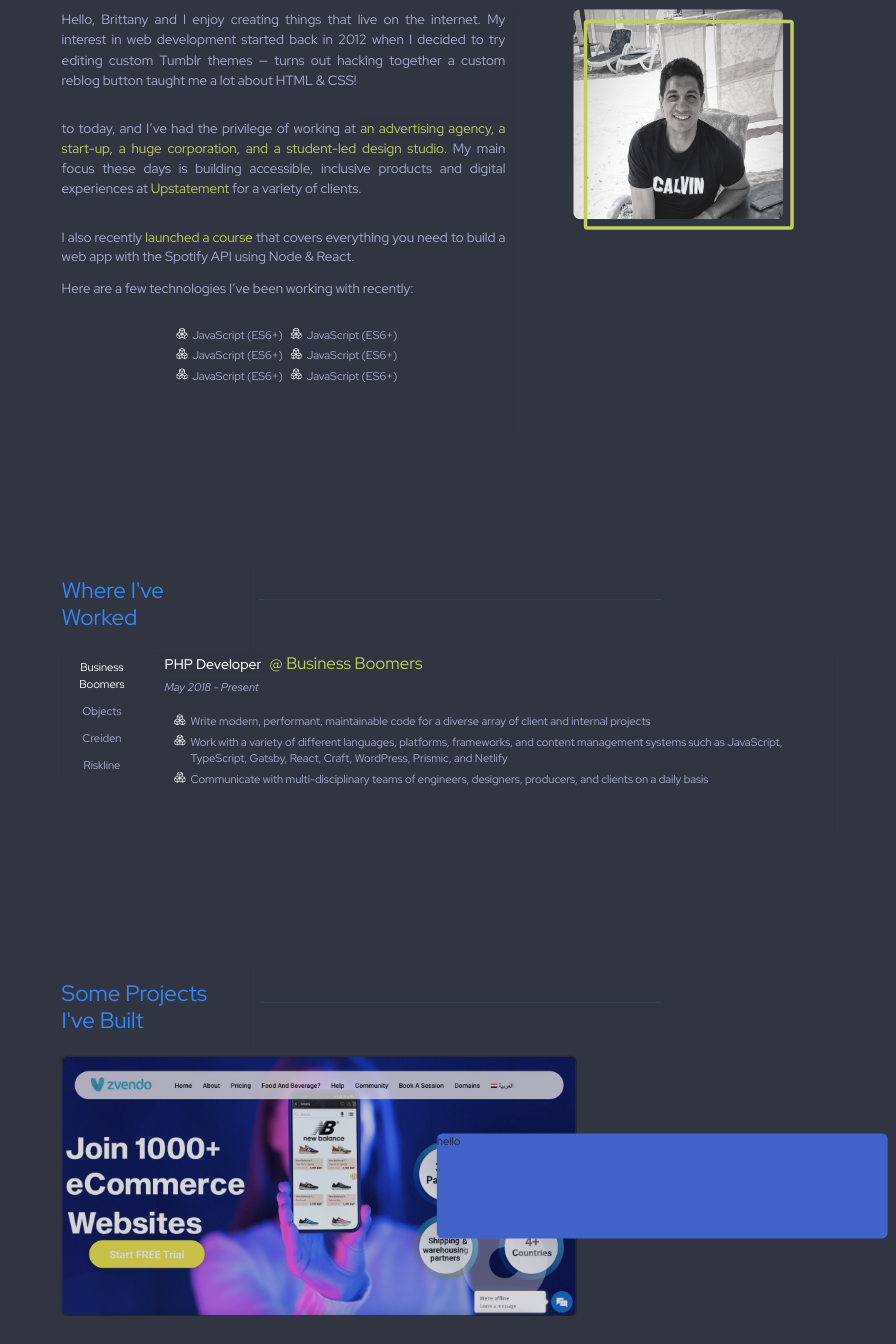
Repository: aya7abbal/Talaat-s-Portfolio
Page: index.html
The author's editor kept a copy of each file at every save. The page is drawn from the files as they stood at one save, then again after the next save.
The browser window is 1280 px wide. The pictures show the part of the page from y = 943 to 2863 px (the page is 2863 px tall), at 70% of full size.
Some web libraries are served in a nearby version. The style sheet was rebuilt from its Sass, Less or Tailwind sources for each picture, by a compiler version that may differ from the author's.

Above is the page before, as saved 2022-02-07 19:14:56.

### index.html
<!DOCTYPE html>
<html lang="en">
  <head>
    <!-- Required meta tags -->
    <meta charset="utf-8" />
    <meta name="viewport" content="width=device-width, initial-scale=1" />

    <!-- Bootstrap CSS -->
    <link
      href="https://cdn.jsdelivr.net/npm/bootstrap@5.0.2/dist/css/bootstrap.min.css"
      rel="stylesheet"
      integrity="sha384-EVSTQN3/azprG1Anm3QDgpJLIm9Nao0Yz1ztcQTwFspd3yD65VohhpuuCOmLASjC"
      crossorigin="anonymous"
    />

    <!-- Favicon -->
    <link
      rel="shortcut icon"
      type="image/x-icon"
      href="./images/favicon/favicon.ico"
    />

    <!-- Font Awesome -->
    <script
      src="https://kit.fontawesome.com/fd7fa2f891.js"
      crossorigin="anonymous"
    ></script>

    <!-- Bootstrap Icons -->
    <link
      rel="stylesheet"
      href="https://cdn.jsdelivr.net/npm/bootstrap-icons@1.8.0/font/bootstrap-icons.css"
    />

    <!-- Main Stylesheet -->
    <link rel="stylesheet" href="./styles/styles.css" />

    <title>Ahmed's Portfolio</title>
  </head>
  <body>
    <!-- Navbar -->
    <nav class="navbar navbar-expand-md navbar-dark py-3">
      <div class="container-fluid d-flex justify-content-between">
        <div class="navbar-logo">
          <a class="navbar-brand navbar-border navbar-content__hidden" href="#"
            >AT</a
          >
        </div>

        <!-- Offcanvas  Hidden MENU -->
        <div class="offcanvas-menu">
          <button
            class="btn navbar-content__hidden rotating-icon"
            type="button"
            data-bs-toggle="offcanvas"
            data-bs-target="#offcanvasRight"
            aria-controls="offcanvasRight"
          >
            <i class="bi bi-x-diamond fs-2 text-white"></i>
          </button>
          <div
            class="offcanvas offcanvas-end"
            tabindex="-1"
            id="offcanvasRight"
            aria-labelledby="offcanvasRightLabel"
          >
            <div class="offcanvas-header">
              <h5 id="offcanvasRightLabel"></h5>
              <button
                type="button"
                class="btn text-reset"
                data-bs-dismiss="offcanvas"
                aria-label="Close"
              >
                <i class="bi bi-x-diamond fs-2 text-white rotated-icon"></i>
              </button>
            </div>
            <div class="offcanvas-body">
              <ul class="navbar-nav text-center">
                <li class="nav-item">
                  <a class="nav-link active" aria-current="page" href="#"
                    >About</a
                  >
                </li>
                <li class="nav-item">
                  <a class="nav-link" href="#">Experience</a>
                </li>
                <li class="nav-item">
                  <a class="nav-link" href="#">Work</a>
                </li>
                <li class="nav-item">
                  <a class="nav-link" href="#">Contact</a>
                </li>
                <li>
                  <a
                    class="btn btn-green my-4"
                    href="./Ahmed Talaat.pdf"
                    download
                  >
                    Resume</a
                  >
                </li>
              </ul>
            </div>
          </div>
        </div>

        <!-- NAVBAR Collapsable -->
        <div
          class="collapse navbar-collapse justify-content-between align-items-baseline"
          id="navbarNav"
        >
          <a class="navbar-brand navbar-border" href="#">AT</a>

          <ul class="navbar-nav">
            <li class="nav-item">
              <a class="nav-link active" aria-current="page" href="#">About</a>
            </li>
            <li class="nav-item">
              <a class="nav-link" href="#">Experience</a>
            </li>
            <li class="nav-item">
              <a class="nav-link" href="#">Work</a>
            </li>
            <li class="nav-item">
              <a class="nav-link" href="#">Contact</a>
            </li>
          </ul>

          <a
            class="btn btn-green"
            href="./Ahmed Talaat.pdf"
            download
          >Resume</a >
        </div>
      </div>
    </nav>
    <div class="body-wrapper">
      <!-- Introduction -->
      <div class="intro px-5">
        <h6>Hi, my name is</h6>

        <br />

        <h2>Ahmed Talaat.</h2>
        <h3 class="pb-2">I'm a Back-end Developer.</h3>

        <br />

        <p>
          I’m a software engineer specializing in building (and occasionally
          designing) exceptional digital experiences. Currently, I’m focused on
          building accessible, human-centered products at
          <a href="#">Riskline.</a>
        </p>

        <br />

        <a class=" btn btn-green btn-lg" href="https://calendly.com/atalaat-92/short-discussion?month=2022-02" target="_blank"> Book a Meeting</a>
      </div>

      <!-- About -->

      <div class="about px-5 row">
        <div class="section-header row">
          <div class="col-md-4 col-lg-3 col-5">
            <h4 class="py-4">About Me</h4>
          </div>
          <div class="col-md-8 col-lg-9 col-7">
            <hr />
          </div>
        </div>

        <!-- About Paragraph -->
        <div class="col-12 col-lg-7">
          <p>
            Hello, Brittany and I enjoy creating things that live on the
            internet. My interest in web development started back in 2012 when I
            decided to try editing custom Tumblr themes — turns out hacking
            together a custom reblog button taught me a lot about HTML & CSS!
          </p>
          <br />

          <p>
            to today, and I’ve had the privilege of working at
            <a href=""
              >an advertising agency, a start-up, a huge corporation, and a
              student-led design studio.</a
            >
            My main focus these days is building accessible, inclusive products
            and digital experiences at <a href="">Upstatement</a> for a variety
            of clients.
          </p>

          <br />
          <p>
            I also recently <a href="">launched a course</a> that covers
            everything you need to build a web app with the Spotify API using
            Node & React.
          </p>

          <p>Here are a few technologies I’ve been working with recently:</p>

          <div class="iconed-list d-flex justify-content-center">
            <ul class="row">
              <div class="col-6">
                <li>JavaScript (ES6+)</li>
                <li>JavaScript (ES6+)</li>
                <li>JavaScript (ES6+)</li>
              </div>

              <div class="col-6">
                <li>JavaScript (ES6+)</li>
                <li>JavaScript (ES6+)</li>
                <li>JavaScript (ES6+)</li>
              </div>
            </ul>
          </div>
        </div>

        <div class="col-12 col-lg-5 d-flex justify-content-center pb-5">
          <!-- About Image -->
          <div class="about-img">
           <div> <img
            src="./images/B903239F-D317-4387-9DFC-7195C9C90247_1_105_c.jpeg"
            alt=""
            width="300px"
            height="300px"
          /></div>
            <div class="about-img__border"></div>
          </div>
        </div>
      </div>

      <!-- Work -->

      <div class="work px-5">
        <div class="section-header row">
          <div class="col-md-4 col-lg-3 col-7">
            <h4 class="py-4">Where I've Worked</h4>
          </div>
          <div class="col-md-8 col-lg-9 col-5">
            <hr />
          </div>
        </div>
        <div>
          <!-- Nav tabs -->
          <div class="d-flex flex-md-row flex-column align-items-start">
            <div
              class="nav flex-md-column nav-pills me-3 mb-4 pe-md-3 nav-tabs"
              id="v-pills-tab"
              role="tablist"
              aria-orientation="vertical"
            >
              <button
                class="nav-link active"
                id="v-pills-home-tab"
                data-bs-toggle="pill"
                data-bs-target="#v-pills-home"
                type="button"
                role="tab"
                aria-controls="v-pills-home"
                aria-selected="true"
              >
                Business Boomers
              </button>
              <button
                class="nav-link"
                id="v-pills-profile-tab"
                data-bs-toggle="pill"
                data-bs-target="#v-pills-profile"
                type="button"
                role="tab"
                aria-controls="v-pills-profile"
                aria-selected="false"
              >
                Objects
              </button>
              <button
                class="nav-link"
                id="v-pills-messages-tab"
                data-bs-toggle="pill"
                data-bs-target="#v-pills-messages"
                type="button"
                role="tab"
                aria-controls="v-pills-messages"
                aria-selected="false"
              >
                Creiden
              </button>
              <button
                class="nav-link"
                id="v-pills-settings-tab"
                data-bs-toggle="pill"
                data-bs-target="#v-pills-settings"
                type="button"
                role="tab"
                aria-controls="v-pills-settings"
                aria-selected="false"
              >
                Riskline
              </button>
            </div>
            <div class="tab-content" id="v-pills-tabContent">
              <div
                class="tab-pane fade show active"
                id="v-pills-home"
                role="tabpanel"
                aria-labelledby="v-pills-home-tab"
              >
                <div class="work-title">
                  <h5 class="pe-2">PHP Developer</h5>
                  <h6>@ Business Boomers</h6>
                </div>
                <div class="work-date">
                  <i>May 2018 - Present </i>

                  <ul class="iconed-list">
                    <li>
                      Write modern, performant, maintainable code for a diverse
                      array of client and internal projects
                    </li>
                    <li>
                      Work with a variety of different languages, platforms,
                      frameworks, and content management systems such as
                      JavaScript, TypeScript, Gatsby, React, Craft, WordPress,
                      Prismic, and Netlify
                    </li>
                    <li>
                      Communicate with multi-disciplinary teams of engineers,
                      designers, producers, and clients on a daily basis
                    </li>
                  </ul>
                </div>
              </div>

              <div
                class="tab-pane fade"
                id="v-pills-profile"
                role="tabpanel"
                aria-labelledby="v-pills-profile-tab"
              >
                <div class="work-title">
                  <h5 class="pe-2">Back-end Developer</h5>
                  <h6>@ Objects</h6>
                </div>
                <div class="work-date">
                  <i>May 2018 - Present </i>

                  <ul class="iconed-list">
                    <li>
                      Write modern, performant, maintainable code for a diverse
                      array of client and internal projects
                    </li>
                    <li>
                      Work with a variety of different languages, platforms,
                      frameworks, and content management systems such as
                      JavaScript, TypeScript, Gatsby, React, Craft, WordPress,
                      Prismic, and Netlify
                    </li>
                    <li>
                      Communicate with multi-disciplinary teams of engineers,
                      designers, producers, and clients on a daily basis
                    </li>
                  </ul>
                </div>
              </div>

              <div
                class="tab-pane fade"
                id="v-pills-messages"
                role="tabpanel"
                aria-labelledby="v-pills-messages-tab"
              >
                <div class="work-title">
                  <h5 class="pe-2">Back-end Developer</h5>
                  <h6>@ Creiden</h6>
                </div>
                <div class="work-date">
                  <i>May 2018 - Present </i>

                  <ul class="iconed-list">
                    <li>
                      Write modern, performant, maintainable code for a diverse
                      array of client and internal projects
                    </li>
                    <li>
                      Work with a variety of different languages, platforms,
                      frameworks, and content management systems such as
                      JavaScript, TypeScript, Gatsby, React, Craft, WordPress,
                      Prismic, and Netlify
                    </li>
                    <li>
                      Communicate with multi-disciplinary teams of engineers,
                      designers, producers, and clients on a daily basis
                    </li>
                  </ul>
                </div>
              </div>

              <div
                class="tab-pane fade"
                id="v-pills-settings"
                role="tabpanel"
                aria-labelledby="v-pills-settings-tab"
              >
                <div class="work-title">
                  <h5 class="pe-2">Project Manager</h5>
                  <h6>@ Riskline</h6>
                </div>
                <div class="work-date">
                  <i>May 2018 - Present </i>

                  <ul class="iconed-list">
                    <li>
                      Write modern, performant, maintainable code for a diverse
                      array of client and internal projects
                    </li>
                    <li>
                      Work with a variety of different languages, platforms,
                      frameworks, and content management systems such as
                      JavaScript, TypeScript, Gatsby, React, Craft, WordPress,
                      Prismic, and Netlify
                    </li>
                    <li>
                      Communicate with multi-disciplinary teams of engineers,
                      designers, producers, and clients on a daily basis
                    </li>
                  </ul>
                </div>
              </div>
            </div>
          </div>
        </div>
      </div>

      <!-- Projects -->

      <div class="projects px-5">
        <div class="section-header row">
          <div class="col-md-4 col-lg-3 col-7">
            <h4 class="py-4">Some Projects I've Built</h4>
          </div>
          <div class="col-md-8 col-lg-9 col-5">
            <hr />
          </div>
        </div>

        <div class="project-card d-flex align-items-center">
          <div class="card bg-dark text-white col-md-8">
            <img src="./images/project-1.jpeg" class="card-img" alt="...">
            <div class="card-img-overlay d-md-none">
              <h5 class="card-title">Card title</h5>
              <p class="card-text">This is a wider card with supporting text below as a natural lead-in to additional content. This content is a little bit longer.</p>
              <p class="card-text"></p>
            </div>
          </div>
          <div class="col-md-7 project-desc">
            hello
          </div>
        </div>
      </div>



    </div>


    <!-- Footer -->
    <footer>
      <div class="footer-left">
        <div class="footer-left__link">
          <i class="fab fa-github"><a href="#"></a></i>
        </div>
        <div class="footer-left__link">
          <i class="fab fa-twitter"><a href=""></a></i>
        </div>
        <div class="footer-left__link">
          <i class="fab fa-linkedin-in"><a href=""></a></i>
        </div>
        <div class="footer-left__link">
          <i class="fas fa-phone"><a href=""></a></i>
        </div>
        <div class="footer-left__link line"></div>
      </div>



      <div class="footer-right">
        <div class="footer-right__link">
          <a href="">@ahmed.talaat.92@hotmail.com</a>

        <div class="footer-right__link line"></div>
      </div>
    </footer>

    <!-- Bootstrap Bundle with Popper -->
    <script
      src="https://cdn.jsdelivr.net/npm/bootstrap@5.0.2/dist/js/bootstrap.bundle.min.js"
      integrity="sha384-MrcW6ZMFYlzcLA8Nl+NtUVF0sA7MsXsP1UyJoMp4YLEuNSfAP+JcXn/tWtIaxVXM"
      crossorigin="anonymous"
    ></script>
    <script type="module" src="./scripts/script.js"></script>
  </body>
</html>

### scripts/script.js
// const rotatingIcon = document.querySelector(".rotating-icon")
// const rotatedIcon = document.querySelector(".rotated-icon")


// rotatingIcon.addEventListener('click',function(event) {
// console.log(event)
//     rotatingIcon.style.display="hidden"
// })

### styles/styles.scss

// Fonts
@import url('https://fonts.googleapis.com/css2?family=Dosis:wght@200;300;400;500;600&family=Red+Hat+Display:ital,wght@0,300;0,400;0,500;0,600;0,700;0,900;1,300;1,400;1,500;1,600&family=Satisfy&display=swap');
// Partials
@import "./components/navbar";
@import"./components/footer";
@import "./variables/colors";
@import "./components/buttons";
@import "./variables/fonts";
@import "./components/pages";
@import "./variables/images";
@import "./components/projects";




// font-family: 'Dosis', sans-serif;
// font-family: 'Red Hat Display', sans-serif;
// font-family: 'Satisfy', cursive;

*{
font-family: 'Red Hat Display', sans-serif;
background-color: var(--navy);

}

body{
    margin: 0%;
    max-width: 100%;
    overflow-x: hidden;
    background-color: var(--navy);

    @media (min-width:768px) {
        padding: 40px;
    }

    img{
        border-radius: 10px !important;
      }
}

### styles/components/_navbar.scss
.navbar-content__hidden{
    display: none;
    @media (max-width:768px) {
        display: inline-block;
    }
}

.navbar-brand{
    border: solid 2px var(--green);
    border-radius: 5px 20px;
    padding: 8px;

    &:hover{
        background-color: var(--green);
    }
}

### styles/components/_footer.scss
footer {

    @media (max-width:768px) {
display: none;
    }

  .footer-left {
    position: fixed;
    bottom: 10px;
    left: 20px;
    i {
      font-size: 1.2em;
      color: white;
      margin: 20px 10px;
      &:hover{
          color: greenyellow;
          transform: translateY(-3px);
      }
    }

    .line {
      border-right: 1px solid white;
      padding: 20px;
      height: 100px;
      background-color: transparent;
      transform: translatex(-19px);
      margin-top: 15px;
    }
  }


  .footer-right {
    position: fixed;
    bottom: 10px;
    right: 20px;
    i{
      font-size: 1.2em;
      color: white;
      margin: 15px 10px;
      &:hover{
          color: greenyellow;
          transform: translateY(-3px);
      }


    }

    a{
        writing-mode: vertical-rl;
        transform: translatex(10px);
        color: white;
        font-size: 1em;
        &:hover{
            color: greenyellow;
            text-decoration: none;
        }
    }

    .line {
      border-right: 1px solid white;
      padding: 20px;
      height: 100px;
      background-color: transparent;
      transform: translatex(-19px);
      margin-top: 15px;
    }
  }
}

### styles/variables/_colors.scss
:root{
    --navy:#313441;
    --lnavy:#4362c9;
    --lgreen:#c1ce5e;
    --grey:#A4A6BF;
    --bblue:hsl(220, 47%, 62%);
    --green:#97A629;
    --lgreeno:#c1ce5e11;
    --lgrey:#bbc1dd;
    --mdgrey:#a4acd1;
    --blue:#3188fa;

}

### styles/components/_buttons.scss
.btn-green {
  border: 2px solid var(--green);
  padding: 8px;
  color:white;
  border-radius: 5px;

  &:hover {
    color: rgb(197, 197, 197);
    background-color: var(--lgreeno);
  }
}

.btn-blue{
    border: 2px solid var(--blue);
    padding: 8px;
    color:white;
    border-radius: 5px;

    &:hover {
      color: rgb(197, 197, 197);
      background-color: var(--bblue);
    }
}

.rotating-icon, .rotated-icon {
  transform: rotate(45deg) !important;
  z-index: 100;

  &:hover {
    transform: rotate(90deg) !important;
    transition: 0.6s;


  }
  &:active &:focus {
    transform: rotate(90deg) !important;
  }
}

### styles/variables/_fonts.scss



h2 {
  color: white;
  font-size: 2.3em;

  @media (min-width: 768px) {
    font-size: 2.9em;
  }
}

h3 {
  color: var(--blue);
  font-weight: 600;
  font-size: 2.2em;

  @media (min-width: 768px) {
    font-size: 2.7em;
  }
}

h4 {
  color: var(--blue);
  font-weight: 400;
  font-size: 1.5em;
  background-color: var(--navy);

  @media (min-width: 768px) {
    font-size: 2em;
  }
}

h5{
  color: white;
  display: inline-block;
}

h6 {
  font-size: 1.2em;
  color: var(--lgreen);
  font-weight: 400;
  display: inline-block;

  @media (min-width: 768px) {
    font-size: 1.5em;
  }
}

a {
  color: var(--lgreen);
  text-decoration: none;

  &:hover {
    color: var(--green);
    text-decoration: underline;
  }
}

ul{

    padding-top:20px;
    padding-bottom: 50px;
}
.iconed-list li{
    list-style-image:url(../svg/list.svg);
    color: var(--mdgrey);

    padding:10px 10px 0px 10px;
    margin: 5px;
    width: fit-content;
    padding: 0%;
}

p {
  font-size: 1.2em;
  color: var(--mdgrey);
  font-weight: 400;
  text-align: justify;

  @media (min-width: 768px) {
    font-size: 1.2em;
  }
}

i{
  color: var(--mdgrey);
}

.nav-tabs .nav-link{

  color: var(--mdgrey);
  background-color: transparent !important;
  // text-decoration: underline;
  text-decoration-color: var(--mdgrey);

  &:focus{
    background-color: transparent !important;
    color: var(--lgreen);
    border-bottom-color: var(--lgreen);

  }

  &:active{
    background-color: transparent !important;
    color: var(--lgreen);


  }



}

### styles/components/_pages.scss

// INTRODUCTION
.intro{
    padding-top: 160px;
}

// ABOUT


.section-header{
    padding-top:180px ;
    hr{
        position: relative;
        top:30%;
        color: var(--blue);
        width: 70%;
    }
}

#v-pills-tab{
    border: none;
}

### styles/variables/_images.scss
.about-img {
  height: fit-content;
  position: relative;
  display: flex;
  flex-direction: column;
  justify-content: center;


  img {
    // filter: invert(25%) sepia(77%) saturate(2565%) hue-rotate(200deg)
      // brightness(103%) contrast(96%) opacity(90%);
    border-radius: 5px;
    filter: grayscale(90%);
  }
  &:hover {
    img {
      filter: none;
    }
    .about-img__border{
        transform: translate(0px, 0px);
        transition: .1s;


    }
  }

  .about-img__border {
    position: absolute;
    border: 5px solid var(--lgreen);
    border-radius: 5px;
    width: 300px;
    height: 300px;
    transform: translate(15px, 15px);
    background-color: transparent;
  }
}

img{
  border-radius: 10px !important;
}

### styles/components/_projects.scss

.projects{

   .card{
       border-radius: 8px;
opacity: 80%;
   }

.card-img-overlay {
    opacity: 90%;

}




.project-desc{
@media (max-width:768px) {
    display: none;

}

    background-color: var(--lnavy);
    height:150px;
    transform: translate(-200px);
    border-radius: 8px;
}
}

After the next save:
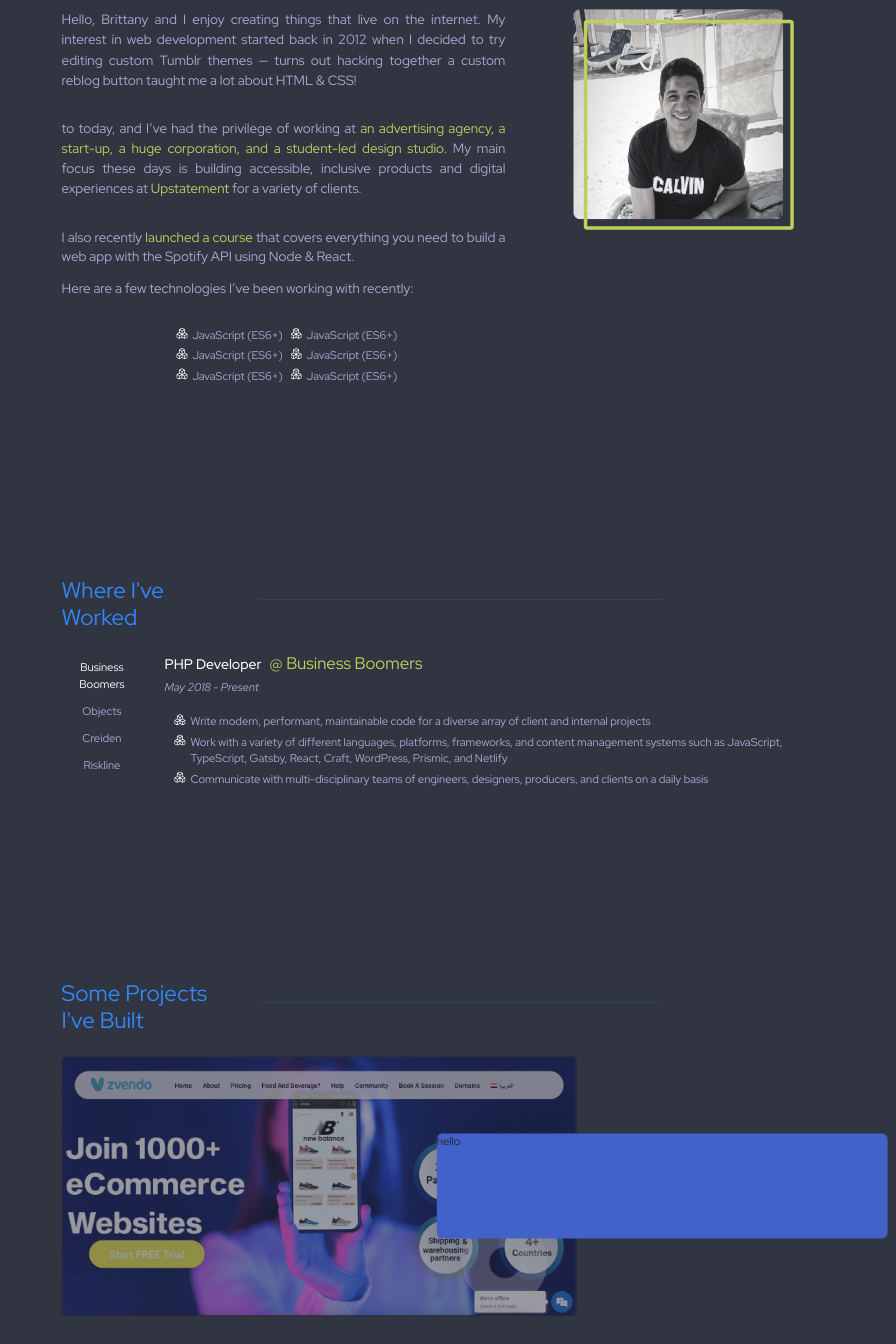
Saved 4 s later.
--- a/styles/components/_projects.scss
+++ b/styles/components/_projects.scss
@@ -3,7 +3,7 @@
 
    .card{
        border-radius: 8px;
-opacity: 80%;
+opacity: 50%;
    }
 
 .card-img-overlay {
